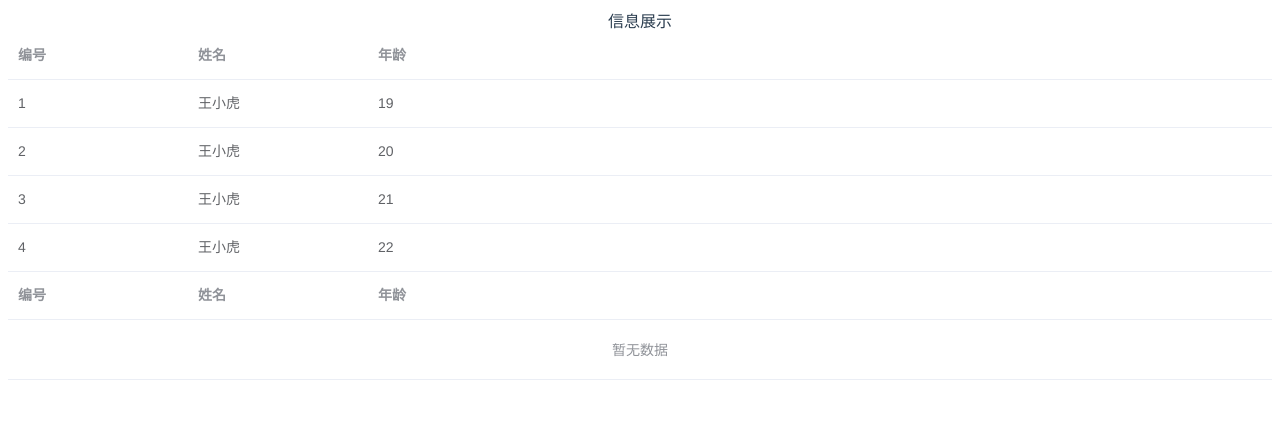
Repository: chang-meng-yun/vue_project
Page: /
The author's editor kept a copy of each file at every save. The page is drawn from the files as they stood at one save, then again after the next save.
The browser window is 1280 px wide. The pictures show the whole page.
The project was rebuilt for these pictures with package versions that can differ from the ones it lists, and the page was loaded fresh each time. Also part of the build but not shown: vue.config.js, src/VBindStudy.vue, src/HomeWork.vue, src/views/reHome.vue, src/FromFrame.vue, src/prents.vue, src/views/son.vue, src/components/HelloWorld.vue and 1 more.

Above is the page before, as saved 2024-06-27 15:49:05.

### public/index.html
<!DOCTYPE html>
<html lang="">
  <head>
    <meta charset="utf-8">
    <meta http-equiv="X-UA-Compatible" content="IE=edge">
    <meta name="viewport" content="width=device-width,initial-scale=1.0">
    <link rel="icon" href="<%= BASE_URL %>favicon.ico">
    <!-- <title><%= htmlWebpackPlugin.options.title %></title> -->
     <title>我是首页</title>
  </head>
  <body>
    <noscript>
      <strong>We're sorry but <%= htmlWebpackPlugin.options.title %> doesn't work properly without JavaScript enabled. Please enable it to continue.</strong>
    </noscript>
    <!-- 显示内容的地方 -->
    <div id="app"></div>
    <!-- built files will be auto injected -->
  </body>
</html>

### src/main.js
import Vue from 'vue'
import App from './App.vue'
import ElementUI from 'element-ui';
import 'element-ui/lib/theme-chalk/index.css';
import router from './router'

Vue.use(ElementUI);

Vue.config.productionTip = false
new Vue({
  router,
  render: h => h(App)
}).$mount('#app')

### src/App.vue
<template>
  <div id="app">
    <!-- <Hello></Hello> -->
    <!-- <VBindStudy></VBindStudy> -->
    <!-- <HomeWork></HomeWork> -->
    <!-- <reHome></reHome> -->
    <!-- <Model></Model> -->
    <!-- <FromFrame></FromFrame> -->
     <!-- <prents></prents> -->
     <!-- <div>来自父组件得值{{son_title}}</div>
      <son @son_to_parent="getValues"></son> -->

      <!-- <child myTitle="信息展示" :mysrc="img_path" > -->
        <child myTitle="信息展示" :tableData1="tableData1"></child>


    </div>
</template>
<script>
  // 导入组件
  import Hello from '@/Hello.vue'
  import VBindStudy from '@/VBindStudy'
  import HomeWork from '@/HomeWork'
  import reHome from './views/reHome.vue'
  import FromFrame from '@/FromFrame.vue'
  import prents from '@/prents.vue'
  import child from '@/child.vue'
   import son from './views/son.vue'
  // import Model from './views/Model.vue'
  export default {
    components: {
      Hello,
      VBindStudy,
      HomeWork,
      FromFrame,
      prents,
      child,
      son
      // Model
    },
    data() {
      return {
        tableData1: [{
            id: '1',
            name: '王小虎',
            age: '19'
          }, {
            id: '2',
            name: '王小虎',
            age: '20'
          }, {
            id: '3',
            name: '王小虎',
            age: '21'
          }, {
            id: '4',
            name: '王小虎',
            age: '22'
          }]
        // mark: true,
        // name: "张三",
        // mywidth: "350px",
        // myImage: require("./assets/花.jpg"),
        // img_path: require("@/assets/花.jpg"),
        // son_title:""
      }
    },
    methods: {
      controller_div() {
        this.mark = !this.mark
        console.log(this.mark)
      },
      changeSize() {
        this.mywidth = "500px"
      },
      changeImage() {
        console.log("pakaqiu")
        this.myImage = require("./assets/小樱花.webp")
      },
      getValues(n){
        this.son_title=n
      }
    }
  }
</script>
<style>
  .box {
    width: 200px;
    height: 200px;
    background-color: red;
  }

  #app {
    font-family: Avenir, Helvetica, Arial, sans-serif;
    -webkit-font-smoothing: antialiased;
    -moz-osx-font-smoothing: grayscale;
    text-align: center;
    color: #2c3e50;
  }

  nav {
    padding: 30px;
  }

  nav a {
    font-weight: bold;
    color: #2c3e50;
  }

  nav a.router-link-exact-active {
    color: #42b983;
  }
</style>

### src/Hello.vue
<template>
  <div>
        <!-- <nav>
      <router-link to="/">Home</router-link> |
      <router-link to="/about">About</router-link>
    </nav> -->
    <!-- <el-row>
      <el-button>默认按钮</el-button>
      <el-button type="primary">主要按钮</el-button>
      <el-button type="success">成功按钮</el-button>
      <el-button type="info">信息按钮</el-button>
      <el-button type="warning">警告按钮</el-button>
      <el-button type="danger">危险按钮</el-button>
    </el-row> -->

    <!-- <input  type="text" v-model="username"> -->
     <!-- <div  v-if="mark" class="box">
      div1-if标签
     </div> -->
     <!-- <el-button type="primary" v-on:click="controller_div()">控制div</el-button> -->
     <!-- <div  v-show ="mark" class="box"> -->
      <!-- div2-show标签 -->
     <!-- </div> -->
    <!-- <div>
      {{username}}
    </div> -->
    <!-- <router-view/> -->
     <!-- <hr> -->

     <el-row>
        <el-col :span="12">
          <div class="grid-content bg-purple">
         <img src="./assets/小雏菊.webp" v-bind:width="mywidth" />
         <br>
         <el-button type="primary" @click="changeSize()">改变大小</el-button>
        </div>
      </el-col>

        <el-col :span="12">
          <div class="grid-content bg-purple-light">
            <img v-bind:src="myImage" width="350px" />
            <br>
            <el-button type="primary" @click="changeImage()">改变图片</el-button>
        </div>
      </el-col>
      </el-row>

  </div>
</template>
<script>
     export default{
    // components:{
    //     Hello,
    //     VBindStudy
    // },
    data(){
      return{
        mark:true,
        name:"张三",
        mywidth:"350px",
        myImage:require("./assets/花.jpg")
      }
    },
    methods:{
     controller_div(){
        this.mark=!this.mark
        console.log(this.mark)
      },
      changeSize(){
        this.mywidth="500px"
      },
      changeImage(){
        console.log("pakaqiu")
        this.myImage=require("./assets/小樱花.webp")
      }
     },
     components:{

     }
    }
  </script>
  <style>
  .box{
      width: 200px;
      height: 200px;
      background-color: red;
  }
  #app {
    font-family: Avenir, Helvetica, Arial, sans-serif;
    -webkit-font-smoothing: antialiased;
    -moz-osx-font-smoothing: grayscale;
    text-align: center;
    color: #2c3e50;
  }

  nav {
    padding: 30px;
  }

  nav a {
    font-weight: bold;
    color: #2c3e50;
  }

  /* nav a.router-link-exact-active {
    color: #42b983;
  } */
  </style>

### src/child.vue
<template>
    <div>
        <div>
         {{myTitle}}
         <!-- <img :src="mysrc" height="300px" width="300px"> -->
         <el-table
         :data="tableData1"
         style="width: 100%">
         <el-table-column
           prop="id"
           label="编号"
           width="180">
         </el-table-column>
         <el-table-column
           prop="name"
           label="姓名"
           width="180">
         </el-table-column>
         <el-table-column
           prop="age"
           label="年龄">
         </el-table-column>
       </el-table>
        </div>
        <div>
            {{myTitle2}}
            <!-- <img :src="mysrc" height="300px" width="300px"> -->
            <el-table
            :data="tableData2"
            style="width: 100%">
            <el-table-column
              prop="id"
              label="编号"
              width="180">
            </el-table-column>
            <el-table-column
              prop="name"
              label="姓名"
              width="180">
            </el-table-column>
            <el-table-column
              prop="age"
              label="年龄">
            </el-table-column>
          </el-table>
           </div>
    </div>
</template>
<script>
    export default{
        data(){
            return{
                // img_path: require("@/assets/花.jpg"),
            }
        },
        // props:["myTitle","mysrc"],
        props:["myTitle","tableData1","myTitle2"],
        methods: {

        },
        components:{

        }
    }

</script>
<style>

</style>

Loaded but not shown: src/router/index.js (common file)

After the next save:
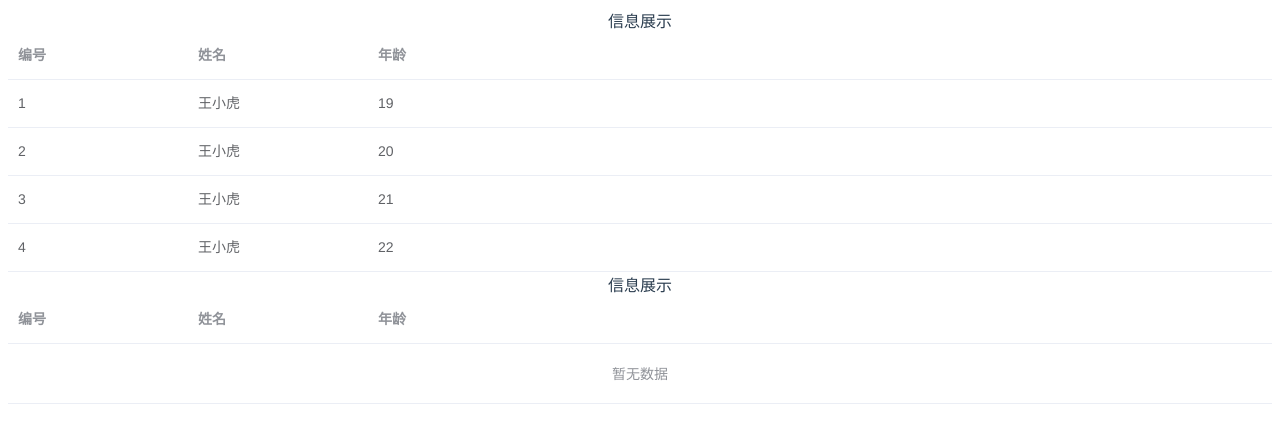
Saved 12 s later.
--- a/src/App.vue
+++ b/src/App.vue
@@ -11,7 +11,7 @@
       <son @son_to_parent="getValues"></son> -->
 
       <!-- <child myTitle="信息展示" :mysrc="img_path" > -->
-        <child myTitle="信息展示" :tableData1="tableData1"></child>
+        <child myTitle="信息展示" myTitle2="信息展示"  :tableData1="tableData1"></child>
 
 
     </div>
